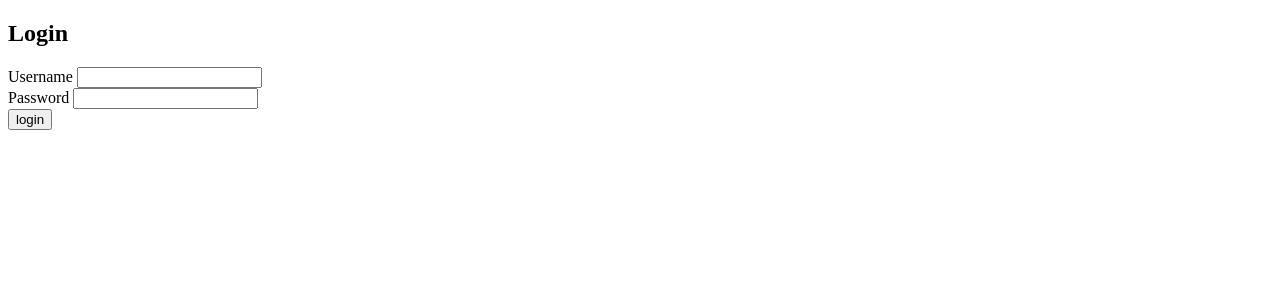
Repository: jbn-aman/wiprobatch1
Page: project/work/html/mywebapp/public/pages/Login.html
An editor plug-in stored every save of this project. The page is shown before and after the next save, followed by the edit.
The browser window is 1280 px wide. The pictures show the whole page.

Above is the page before, as saved 2024-03-30 05:33:52.

### project/work/html/mywebapp/public/pages/Login.html
<!DOCTYPE html>
<html>
<head>
<meta charset="ISO-8859-1">
<title>LoginDemo</title>
</head>
<body>
	<h2>Login</h2>
	<form>
		<div>
			<label> Username </label> <input type="text" name="8uname" />
		</div>
		<div>
			<label> Password </label> <input type="password" name="upwd" />
		</div>
		<input type="submit" value="login"  />
	</form>
</body>
</html>

After the next save:
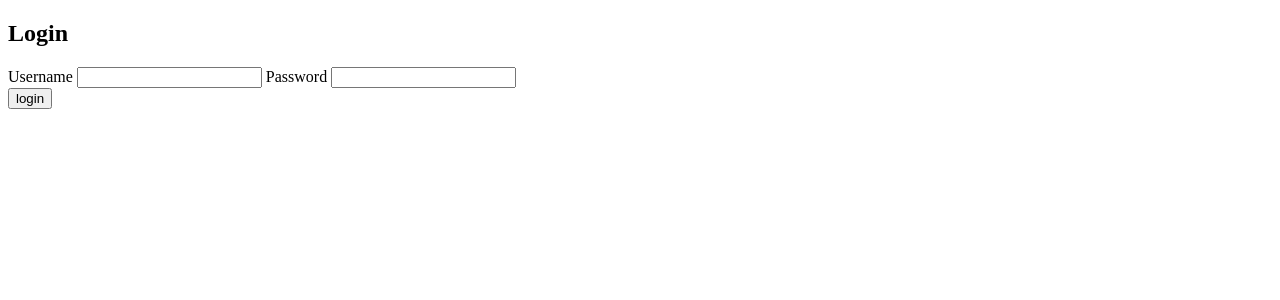
Saved 43 s later.
--- a/project/work/html/mywebapp/public/pages/Login.html
+++ b/project/work/html/mywebapp/public/pages/Login.html
@@ -8,9 +8,8 @@
 	<h2>Login</h2>
 	<form>
 		<div>
-			<label> Username </label> <input type="text" name="8uname" />
-		</div>
-		<div>
+			<label> Username </label> <input type="text" name="uname" />
+
 			<label> Password </label> <input type="password" name="upwd" />
 		</div>
 		<input type="submit" value="login"  />

After the save that followed:
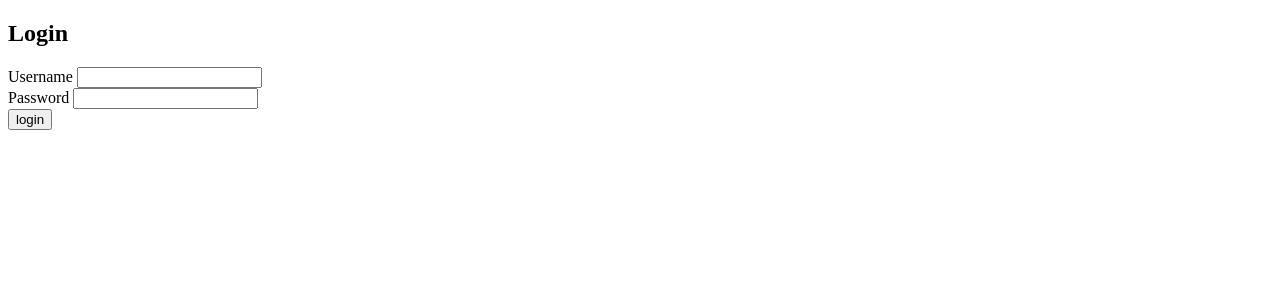
Saved 20 s later.
--- a/project/work/html/mywebapp/public/pages/Login.html
+++ b/project/work/html/mywebapp/public/pages/Login.html
@@ -9,7 +9,8 @@
 	<form>
 		<div>
 			<label> Username </label> <input type="text" name="uname" />
-
+		</div>
+		<div>
 			<label> Password </label> <input type="password" name="upwd" />
 		</div>
 		<input type="submit" value="login"  />
